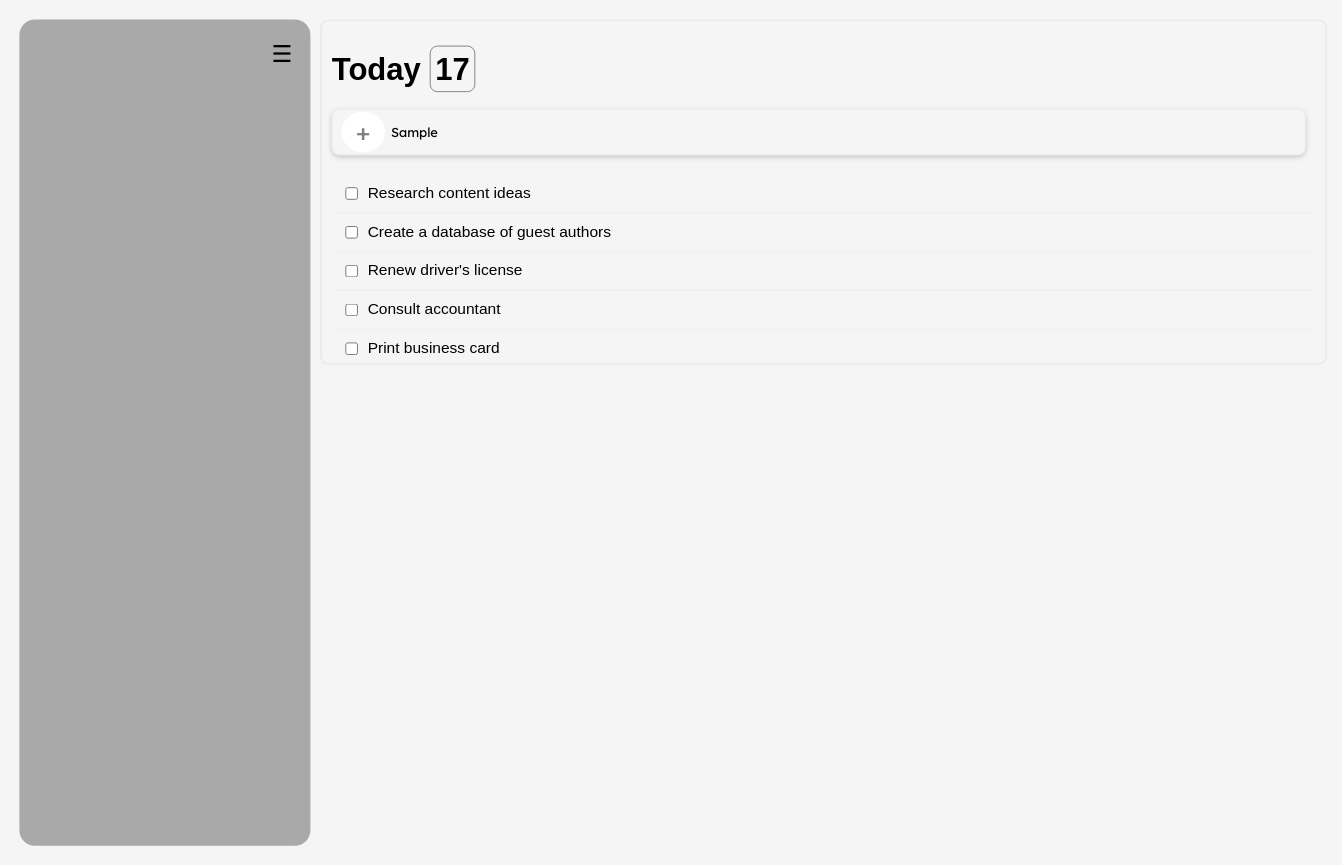
Repository: WeyehnR/Todo-App-e8719e15efb8a3743d14c47aa9ae2115442426d2
Page: Client/index.html
An editor plug-in stored every save of this project. The page is shown before and after a run of saves, followed by the edit.
The browser window is 1280 px wide. The page is 1368 px wide, then 1383 px, so the pictures cover 1383 px, including what lies to the right of the window. The pictures show the whole page, at 97% of full size.
Empty fields were first filled with sample values (such as "Sample", 5 or name@example.com).
After loading, the first visible `#ham-menu-toggle` was clicked once.

Above is the page before, as saved 2023-11-17 15:38:38.

### Client/index.html
<!DOCTYPE html>
<html lang="en">
<head>
    <meta charset="UTF-8">
    <meta name="viewport" content="width=device-width, initial-scale=1.0">
    <title>Todo List Application</title>
    <link href="https://fonts.googleapis.com/css2?family=Lexend+Deca&display=swap" rel="stylesheet">
    <link rel="stylesheet" href="styles.css">
</head>
<body>
    <div class="menu-container">
        <div class="hamburger" id="ham-menu-toggle">&#9776;</div>
        <div class="menu-card" id="menu-card">
            <!-- Content of the expanded gray card goes here -->
        </div>
    </div>
    <div class="todo-container">
        <div class="date-header">
          <h1>Today <span id="dayOfMonth"></span></h1>
        </div>
        <div class="add-task">
            <input type="text" placeholder="Add New Task" id="new-task-input">
            <button id="add-task-btn">+</button>
        </div>
        <ul class="todo-list">
            <li><input type="checkbox" id="task-1"><label for="task-1">Research content ideas</label></li>
            <li><input type="checkbox" id="task-2"><label for="task-2">Create a database of guest authors</label></li>
            <li><input type="checkbox" id="task-3"><label for="task-3">Renew driver's license</label></li>
            <li><input type="checkbox" id="task-4"><label for="task-4">Consult accountant</label></li>
            <li><input type="checkbox" id="task-5"><label for="task-5">Print business card</label></li>
        </ul>
    </div>
    <div class="menu-card" id="menu-card">
        <!-- Content of the expanded gray card goes here -->
    </div>
    <script src="main.js"></script>
</body>
</html>

### Client/styles.css

body {
    font-family: 'Arial', sans-serif;
    background-color: whitesmoke;
    margin: 0;
    padding: 20px;
}

.todo-container {
    top: 20px;
    left: 80px;
    right: 80px;
    width: 1038px;
    height: 356px;
    position: absolute;
    background-color: rgba(250,250,250,0);
    border-radius: 8px;
    border: 2px solid #ebebeb;
    box-sizing: border-box;
    padding: 10px;
    flex-grow: 1;
    transition: margin-left 0.3s ease; /* Add a transition for smooth shifting */
}

/* Shift the todo-container when the menu card is expanded */
.todo-container.expanded {
    margin-left: 320px; /* Match the width of the menu card */
    top: 20px;
    left: 10px;
}

#dayOfMonth {
    border: 1px solid #838181;
    border-radius: 8px;
    padding: 5px;
}

.header {
    display: flex;
    align-items: center;
}
/* Style for the hamburger icon */
.hamburger {
    position:absolute;
    font-size: 24px; /* Adjust the size as needed */
    top: 40px; /* Adjust the top position for the icon */
    left: 25px; /* Adjust the left position for the icon */
    cursor: pointer;
    font-family: 'Lexend Deca';
    z-index: 2;
}

.hamburger.expanded {
    top: 40px; /* Align with the top of the expanded menu card */
    left: 280px; /* Align with the left of the expanded menu card */
}


.menu-container{
    display: flex;
}

/* Style for the gray menu card */
.menu-card {
    width: 0; /* Initially hidden */
    height: 100%;
    overflow: hidden;
    transition: width 0.3s ease; /* Add a transition for smooth expansion */
    z-index: 1; /* Ensure the menu card is above other content */
}

/* Style for the content within the menu card */
.menu-card-content {
    padding: 20px;
    /* Add additional styling as needed for the expanded card content */
}

/* Adjust the width when the menu card is expanded */
.menu-card.expanded {
    width: 300px; /* Adjust the width as desired */
    background-color: darkgray; /* Adjust the text color as desired */
    top: 24px;
    left: 24px;
    height: 852px;
    border-radius: 16px;
}



.header h1 {
    margin: 0;
    font-size: 24px;
}

.header span {
    color: #888;
}

.add-task input {
    width: 100%;
    padding: 10px;
    margin-bottom: 20px;
    border: 1px solid #ddd;
    box-sizing: border-box;
}

.todo-list {
    list-style: none;
    padding: 0;
    margin: 0;
}

.todo-list li {
    padding: 10px;
    border-bottom: 1px solid #eee;
    display: flex;
    align-items: center;
}

.todo-list li:last-child {
    border-bottom: none;
}

input[type="checkbox"] {
    margin-right: 10px;
}

/* You can add more styles for checked tasks or interactive states */

/* ... other styles ... */

.add-task {
    display: flex;
    align-items: center;
    position: relative; /* Add this line */
}

.add-task input[type="text"] {
    top: 120px;
    left: 378px;
    width: 1038px;
    height: 48px;
    background-color: rgba(250,250,250,0);
    border-radius: 8px;
    border: 1px solid #ebebeb;
    box-sizing: border-box;
    flex-grow: 1;
    padding: 10px;
    padding-left: 60px; /* Add space for the button */
    margin-right: 10px;
    box-shadow: 0 2px 5px rgba(0, 0, 0, 0.2);
    font-family: 'Lexend Deca';
}


.add-task button {
    position: absolute; /* Add this line */
    left: 10px; /* Adjust as needed */
    top: 35%;
    transform: translateY(-50%); /* This centers the button vertically */
    display: flex;
    justify-content: center;
    align-items: center;
    padding: 1px 15px;
    border: none;
    border-radius: 50%; /* This creates the round shape for the button */
    background-color: rgb(255, 255, 255); /* Replace with the desired button color */
    color: gray;
    font-size: 25px;
    cursor: pointer;
    font-family: 'Lexend Deca';
}

/* ... rest of the styles ... */

/* Styles to ensure the input and button are aligned properly */
.add-task input[type="text"], .add-task button {

    line-height: 40px; /* Adjust line height to vertically center the text */
}

/* Adding some interactivity to the button */
.add-task button:hover {
    background-color: rgb(185, 181, 181); /* Darker shade when hovering */
}

/* ... additional styles and responsive adjustments ... */

### Client/main.js
const getElementById = (element) => document.getElementById(element);
const querySelector = (element) => document.querySelector(element);
document.addEventListener("DOMContentLoaded", function () {
    // Your JavaScript code here
    const currentDate = new Date();
    const dayOfMonth = currentDate.getDate();
    const dayOfMonthElement = getElementById("dayOfMonth");
    dayOfMonthElement.textContent = dayOfMonth;
});

// Get references to the hamburger icon, menu card, and todo-container
const hamburger = document.getElementById("ham-menu-toggle");
const menuCard = document.getElementById("menu-card");
const todoContainer = document.querySelector(".todo-container");

// Add a click event listener to toggle the menu card's expanded state
hamburger.addEventListener("click", () => {
  menuCard.classList.toggle("expanded");
  todoContainer.classList.toggle("expanded");
  hamburger.classList.toggle("expanded");
});

After the next 2 saves:
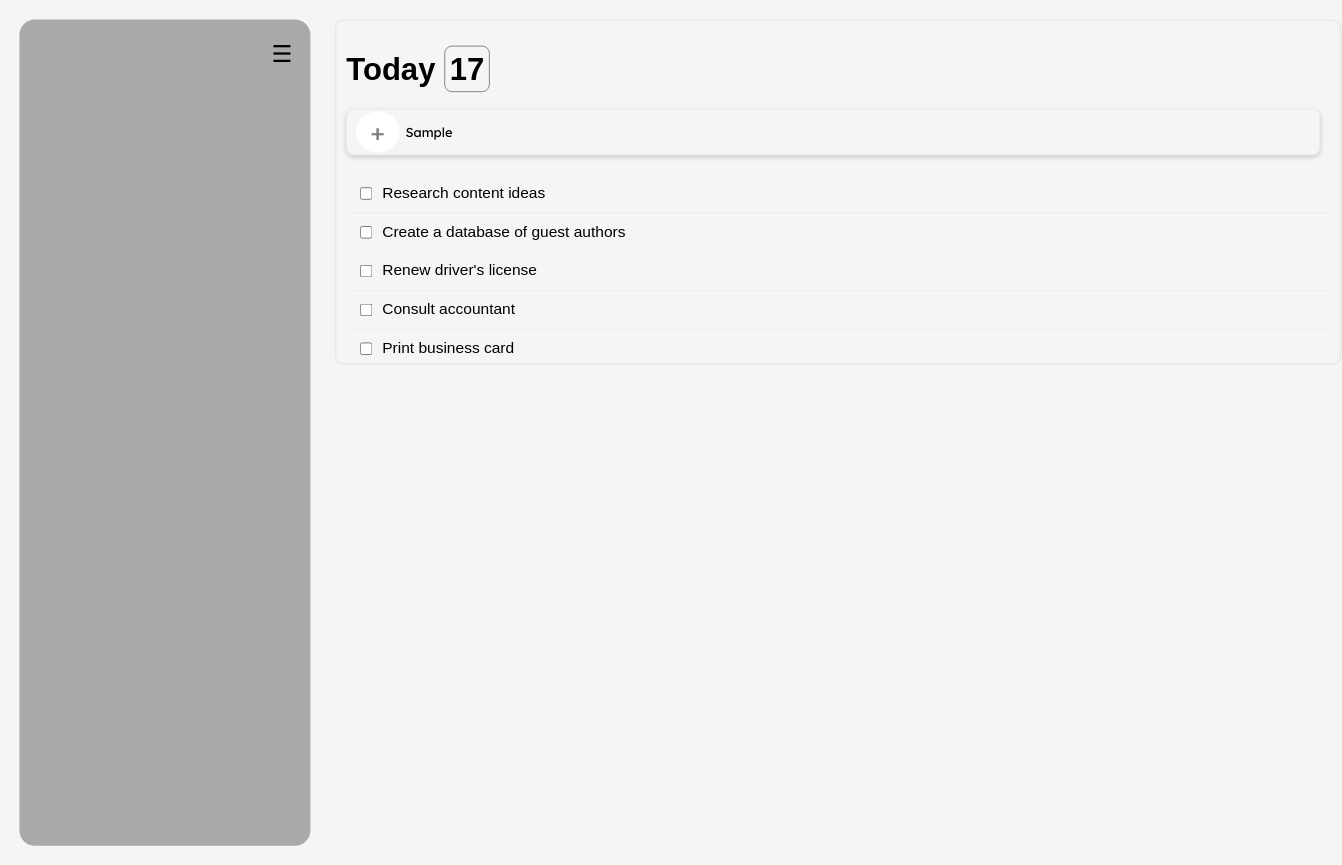
The 2 saves are shown as one change because they came seconds apart.
The last was saved 8 s later.
--- a/Client/styles.css
+++ b/Client/styles.css
@@ -26,7 +26,7 @@ body {
 .todo-container.expanded {
     margin-left: 320px; /* Match the width of the menu card */
     top: 20px;
-    left: 10px;
+    left: 25px;
 }
 
 #dayOfMonth {
